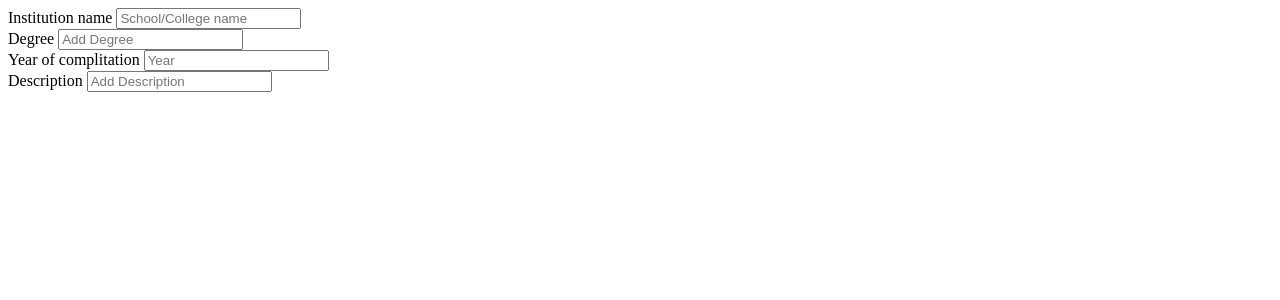
Repository: Tanmay-Kayande/Myportfolio
Page: http://localhost/myproject/education.jsp
The author's editor kept a copy of each file at every save. The page is drawn from the files as they stood at one save, then again after the next save.
The browser window is 1280 px wide. The pictures show the whole page.
The page is served by Tomcat 9. The session is filled in as if someone had signed in: {"login": "exist"}. Other server files are loaded and not shown.

Above is the page before, as saved 2024-02-13 10:57:00.

### myproject/src/main/webapp/education.jsp
<%@ page language="java" contentType="text/html; charset=UTF-8"
    pageEncoding="UTF-8"%>
<!DOCTYPE html>
<html>
<head>
<meta charset="UTF-8">
<title>Insert title here</title>
</head>
<body>
	<form action="Education" method="post" >
		Institution name
		<input type="text" name="institution" placeholder="School/College name"><br>
		Degree
		<input type="text" name="degree" placeholder="Add Degree"><br>
		Year of complitation
		<input type="text" name="year" placeholder="Year"><br>
		Description
		<input type="text" name="desc" placeholder="Add Description"><br>

	</form>
</body>
</html>

After the next save:
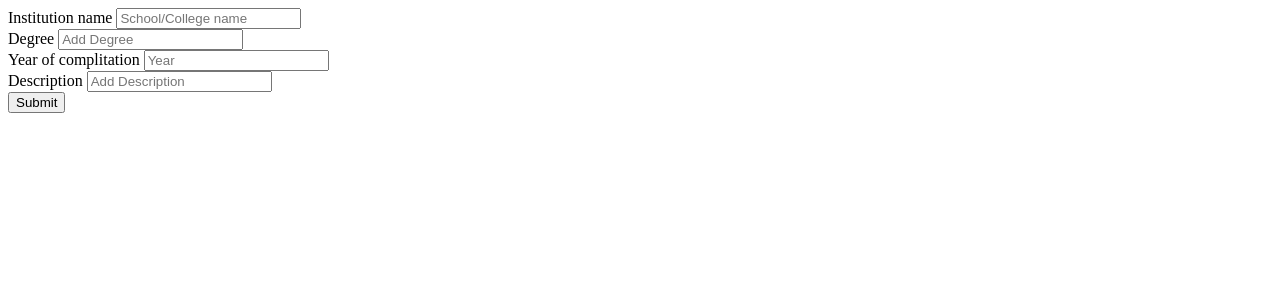
Saved 5 min 9 s later.
--- a/myproject/src/main/webapp/education.jsp
+++ b/myproject/src/main/webapp/education.jsp
@@ -16,7 +16,7 @@
 		<input type="text" name="year" placeholder="Year"><br>
 		Description
 		<input type="text" name="desc" placeholder="Add Description"><br>
-
+		<button>Submit</button>
 	</form>
 </body>
 </html>
